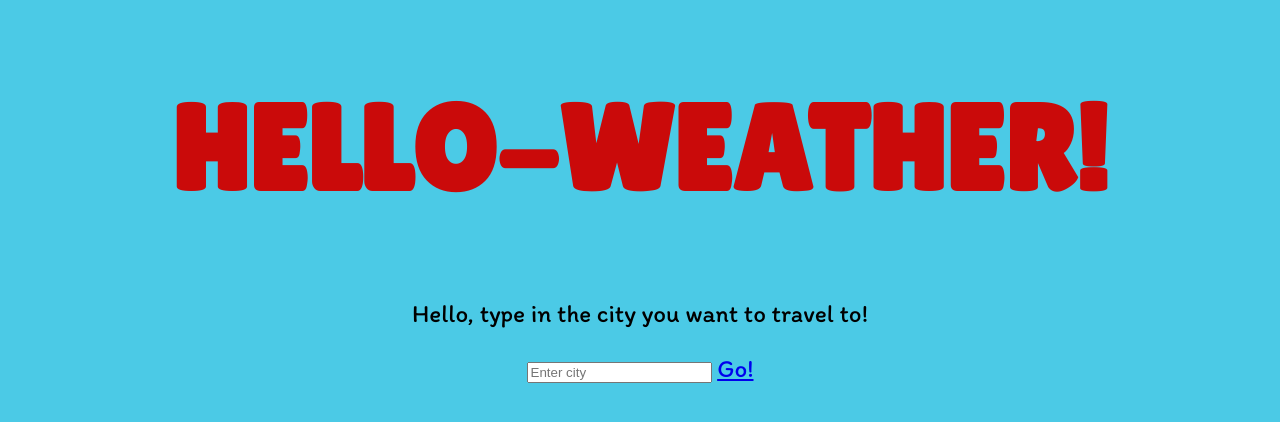
Repository: Jazinha/Hello-kitty-weather
Page: index.html
These files come from the project's save history. The page is drawn as it stood at one moment and after the next save; the edit follows.
The browser window is 1280 px wide. The pictures show the whole page.

Above is the page before, as saved 2023-02-03 20:54:36.

### index.html
<!DOCTYPE html>
<html>
    <head>
        <title>Hello-Weather!</title>
        <meta charset="utf-8">
        <link rel="stylesheet" href="style.css">
        <link rel="preconnect" href="https://fonts.googleapis.com">
<link rel="preconnect" href="https://fonts.gstatic.com" crossorigin>
<link href="https://fonts.googleapis.com/css2?family=Itim&family=Lilita+One&display=swap" rel="stylesheet">
    </head>
    <body>
        <div class="container">
            <div id="home" class="flex-column flex-center"></div>
            <h1>HELLO-WEATHER!</h1>
            <p>Hello, type in the city you want to travel to!</p>
            <input id="initial" type="text" placeholder="Enter city">
            <a href="forecast.html" class="btn">Go! </a></div>
        </div>
        <i class="fa-regular fa-cloud"></i>
    </body>
</html>

### style.css
body {
    background-color: rgb(75, 202, 230);
    font-size: 25px;
    font-family: 'Itim', cursive;;
}

.container {
    text-align: center;
    justify-content: center;
}

h1 {
    font-size: 120px;
    font-family: 'Lilita One', cursive;
    color: rgb(202, 10, 10);
    border-color: black;

}

.fa-regular {

}

After the next save:
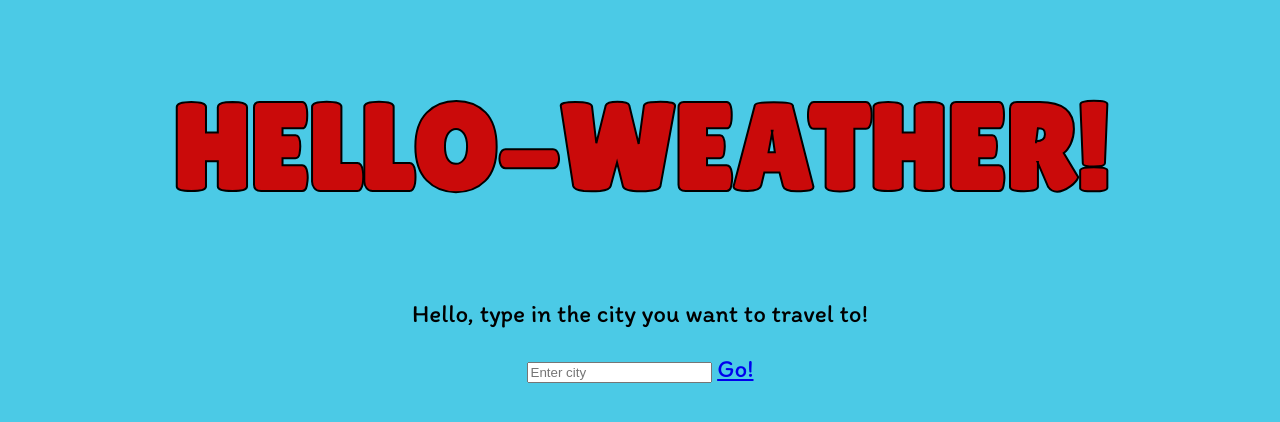
Saved 19 h 4 min later.
--- a/style.css
+++ b/style.css
@@ -13,8 +13,7 @@ h1 {
     font-size: 120px;
     font-family: 'Lilita One', cursive;
     color: rgb(202, 10, 10);
-    border-color: black;
-
+    -webkit-text-stroke: 2px black;
 }
 
 .fa-regular {
